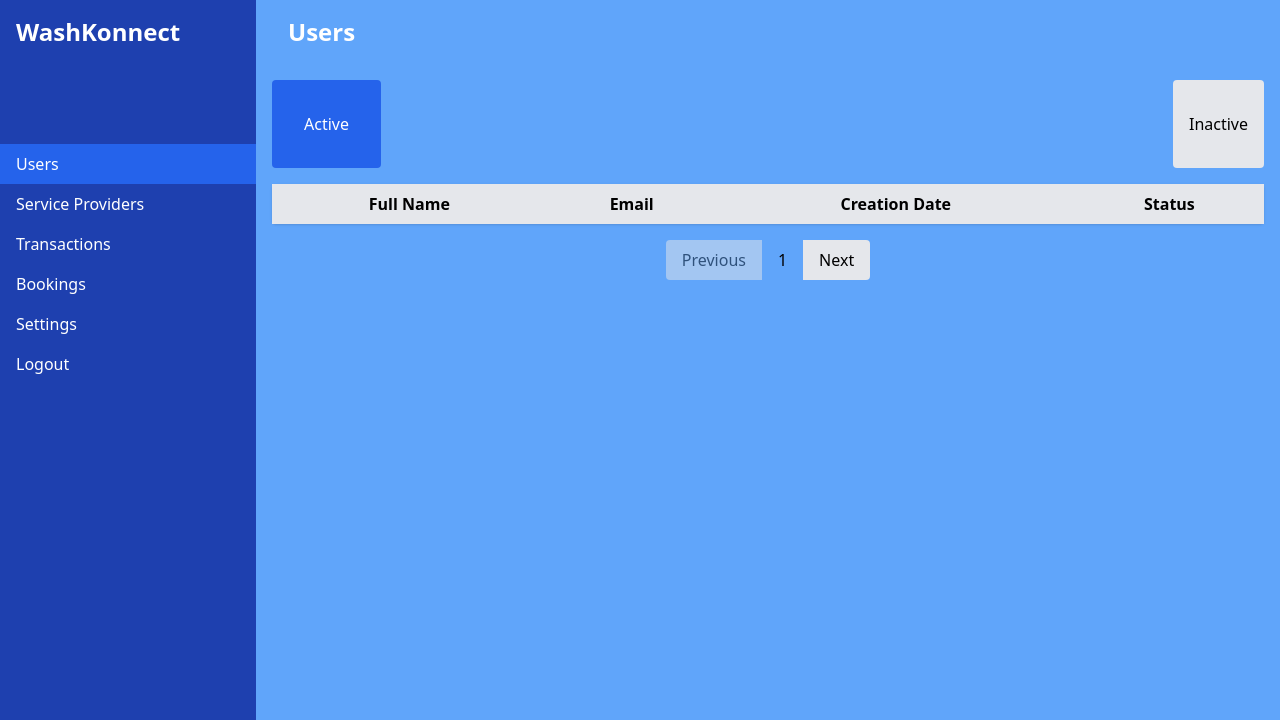
Repository: TEKVOLUTION-LTD/Admin-washKonnect
Page: /dashboard/users (app in Admin-WashKonnect/)
An editor plug-in stored every save of this project. The page is shown before and after the next save, followed by the edit.
The browser window is 1280 px wide. The pictures show the whole page.
The page's requests for data from a server got no answer. The project was rebuilt for these pictures with package versions that can differ from the ones it lists, and the page was loaded fresh each time. No one was signed in, and anything a server would have sent is missing. Also part of the build but not shown: Admin-WashKonnect/vite.config.js, Admin-WashKonnect/src/pages/LoginPage.jsx, Admin-WashKonnect/src/pages/ServiceProviderPage.jsx, Admin-WashKonnect/src/pages/TransactionsPage.jsx, Admin-WashKonnect/src/pages/BookingsPage.jsx, Admin-WashKonnect/src/pages/SettingsPage.jsx, Admin-WashKonnect/src/pages/LogoutPage.jsx.

Above is the page before, as saved 2024-11-19 16:56:54.

After the next save:
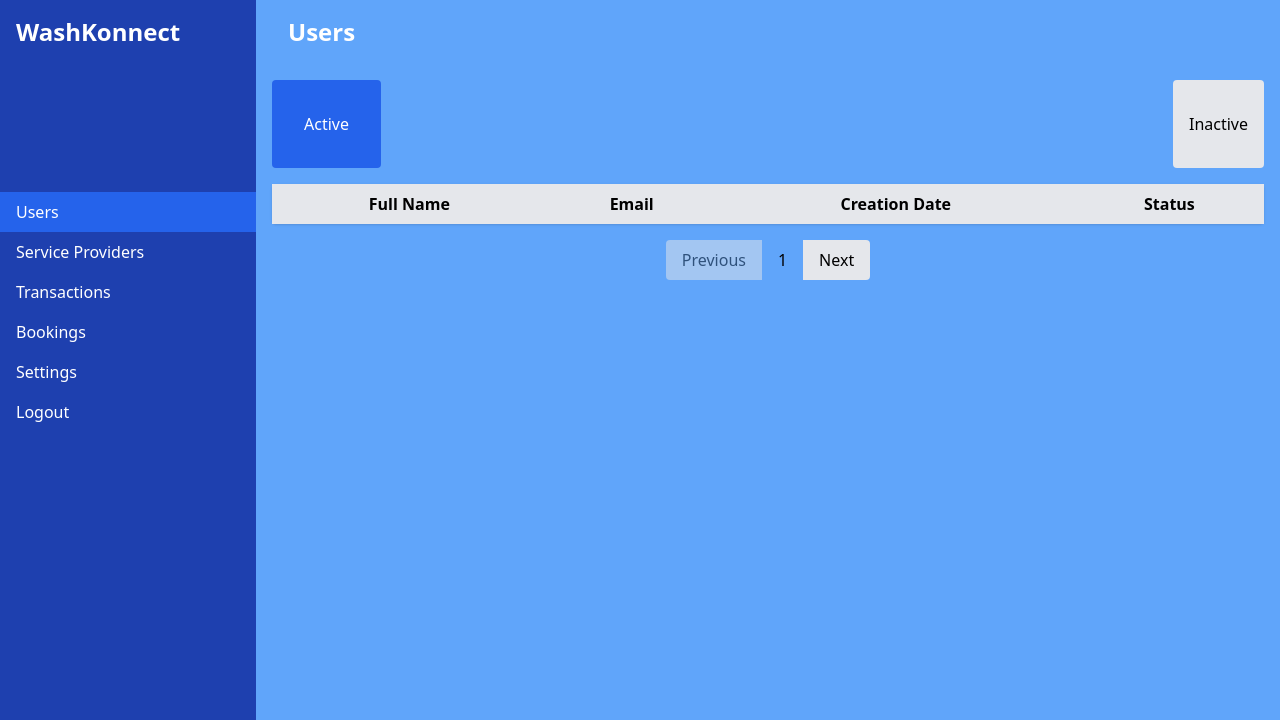
Saved 6 s later.
--- a/Admin-WashKonnect/src/components/Sidebar.jsx
+++ b/Admin-WashKonnect/src/components/Sidebar.jsx
@@ -4,7 +4,7 @@
   return (
     <div className="w-64 bg-blue-800 text-white h-full flex flex-col">
       <div className="p-4 text-2xl font-bold">WashKonnect</div>
-      <nav className="flex-1 mt-[5rem]">
+      <nav className="flex-1 mt-[8rem]">
         {[
           { name: "Users", path: "users" },
           { name: "Service Providers", path: "service-providers" },
